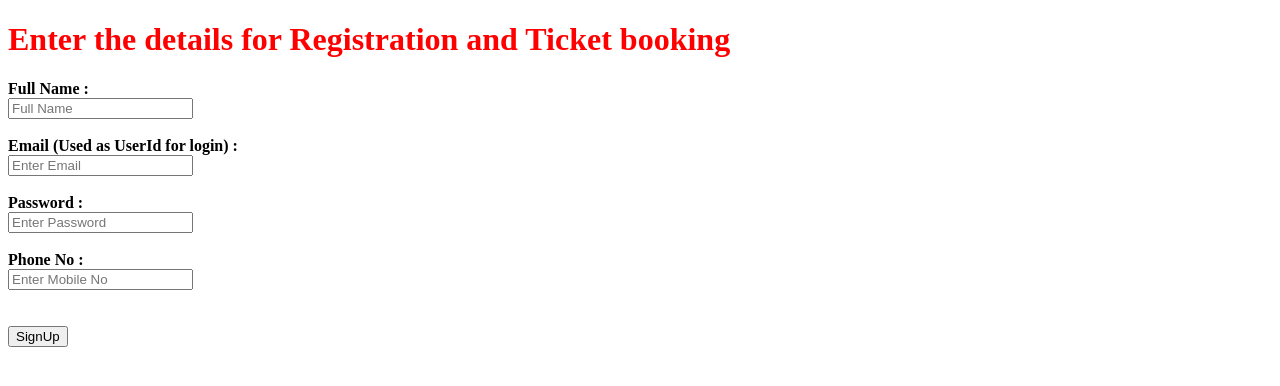
Repository: Shivani2392/FlyAwayProject
Page: http://localhost/FlightBookingPortal/UserResgistrationPage.jsp
An editor plug-in stored every save of this project. The page is shown before and after the next save, followed by the edit.
The browser window is 1280 px wide. The pictures show the whole page.
The page is served by Tomcat 9.

Above is the page before, as saved 2020-11-19 14:28:25.

After the next save:
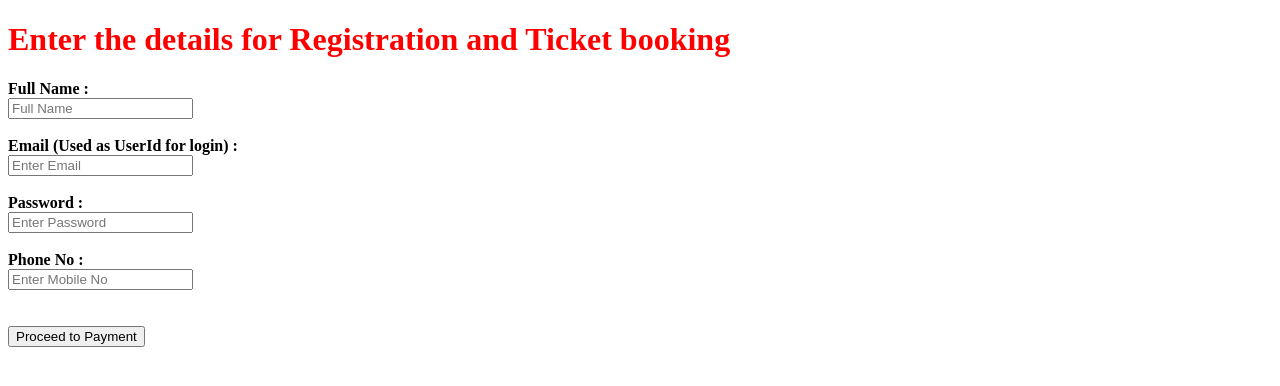
Saved 26 s later.
--- a/FlightBookingPortal/src/main/webapp/UserResgistrationPage.jsp
+++ b/FlightBookingPortal/src/main/webapp/UserResgistrationPage.jsp
@@ -22,7 +22,7 @@
       <input type="text" placeholder="Enter Mobile No" name="phone">
 
       <br><br><br>
-      <button type="submit">SignUp</button>
+      <button type="submit">Proceed to Payment</button>
    </form>
 
 
